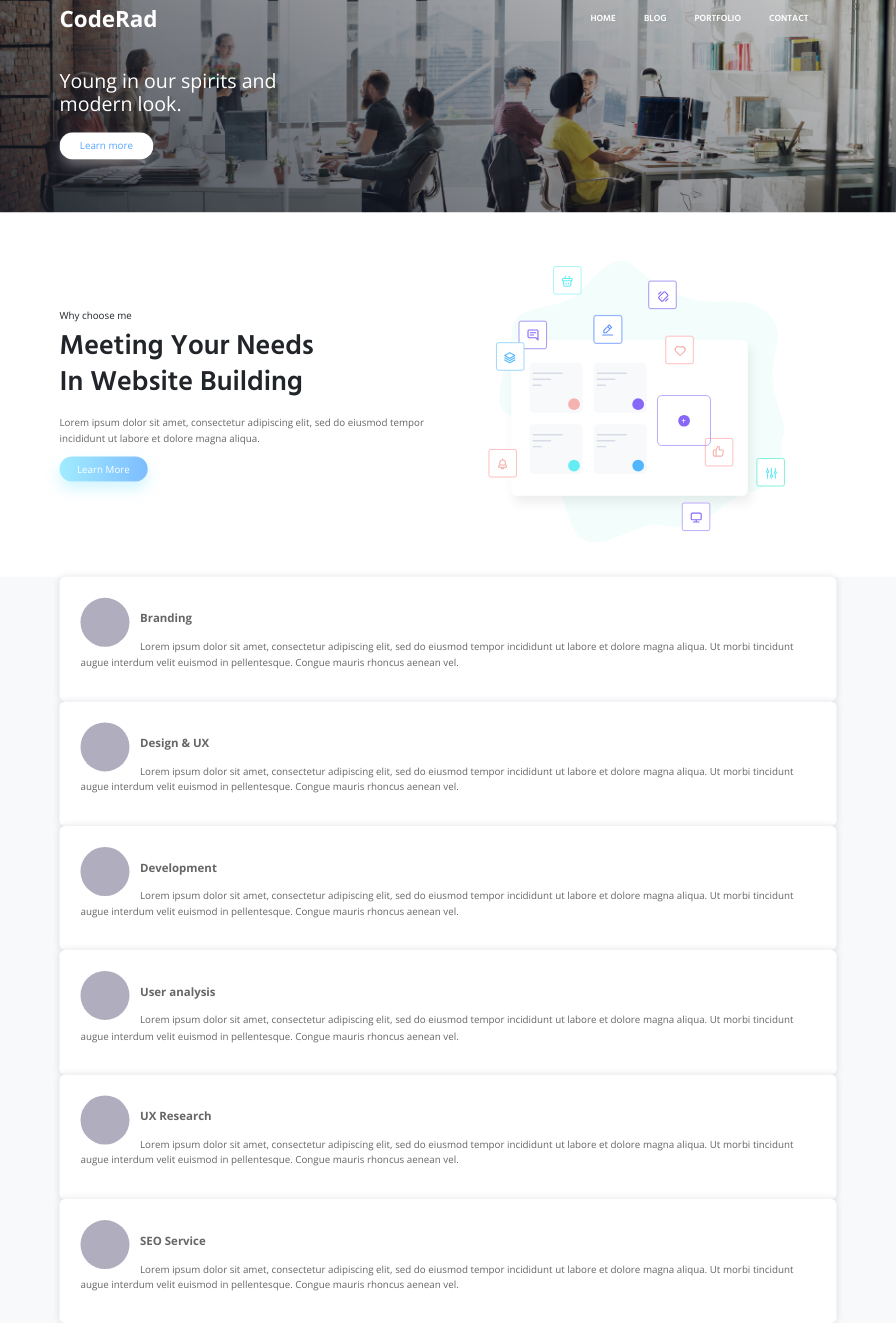
Repository: Sc-Juju/CodeRad
Page: index.html
An editor plug-in stored every save of this project. The page is shown before and after the next save, followed by the edit.
The browser window is 1280 px wide. The pictures show the whole page, at 70% of full size.

Above is the page before, as saved 2022-11-10 11:05:30.

### index.html
<!DOCTYPE html>
<html>
	<head>
		<meta charset="utf-8" />
		<meta http-equiv="X-UA-Compatible" content="IE=edge" />
		<title>CodeRad</title>
		<meta name="description" content="" />
		<meta name="viewport" content="width=device-width, initial-scale=1" />

		<link
			href="https://fonts.googleapis.com/css2?family=Open+Sans:wght@300;400;600;700&display=swap"
			rel="stylesheet"
		/>
		<link
			href="https://fonts.googleapis.com/css2?family=Hind:wght@300;400;500;600;700&display=swap"
			rel="stylesheet"
		/>

		<link rel="stylesheet" href="./css/default.css" />
		<link rel="stylesheet" href="./css/styles.css" />
		<link rel="stylesheet" href="./css/responsive.css" />
	</head>
	<body>
		<nav class="navbar nav">
			<div class="container">
				<button
					class="navbar-toggler"
					aria-expanded="false"
					aria-controls="navbarDropdown"
				>
					<span>&#9776;</span>
				</button>
				<a class="navbar-brand" href="index.html">CodeRad</a>
				<ul class="navbar-nav">
					<li class="nav-link">
						<a href="#">Home</a>
					</li>

					<li class="nav-link">
						<a href="#">Blog</a>
					</li>
					<li class="nav-link">
						<a href="#">Portfolio</a>
					</li>
					<li class="nav-link">
						<a href="#">Contact</a>
					</li>
				</ul>
			</div>
		</nav>

		<header class="bg-header">
			<div class="container">
				<div class="hero-wrapper">
					<h2 class="hero-header">
						Young in our spirits and <br />
						modern look.
					</h2>
					<a class="btn btn-white" href="#">Learn more</a>
				</div>
			</div>
		</header>
		<!--Why me-->
		<section>
			<div class="container why-me-wrapper">
				<div class="block-text">
					<span>Why choose me</span>
					<h2>
						Meeting Your Needs <br />
						In Website Building
					</h2>
					<p>
						Lorem ipsum dolor sit amet, consectetur adipiscing elit,
						sed do eiusmod tempor incididunt ut labore et dolore
						magna aliqua.
					</p>
					<a href="" class="btn btn-primary">Learn More</a>
				</div>
				<div>
					<img src="./CodeRad-assets/image2.svg" alt="Icon Chart" />
				</div>
			</div>
		</section>
		<!--Services-->
		<section class="bg-contrast">
			<div class="container">
				<div class="service-card">
					<span class="bg-color-1"></span>
					<div>
						<h3>Branding</h3>
						<p>
							Lorem ipsum dolor sit amet, consectetur adipiscing
							elit, sed do eiusmod tempor incididunt ut labore et
							dolore magna aliqua. Ut morbi tincidunt augue
							interdum velit euismod in pellentesque. Congue
							mauris rhoncus aenean vel.
						</p>
					</div>
				</div>
				<div class="service-card">
					<span class="bg-color-2"></span>
					<div>
						<h3>Design & UX</h3>
						<p>
							Lorem ipsum dolor sit amet, consectetur adipiscing
							elit, sed do eiusmod tempor incididunt ut labore et
							dolore magna aliqua. Ut morbi tincidunt augue
							interdum velit euismod in pellentesque. Congue
							mauris rhoncus aenean vel.
						</p>
					</div>
				</div>
				<div class="service-card">
					<span class="bg-color-3"></span>
					<div>
						<h3>Development</h3>
						<p>
							Lorem ipsum dolor sit amet, consectetur adipiscing
							elit, sed do eiusmod tempor incididunt ut labore et
							dolore magna aliqua. Ut morbi tincidunt augue
							interdum velit euismod in pellentesque. Congue
							mauris rhoncus aenean vel.
						</p>
					</div>
				</div>
				<div class="service-card">
					<span class="bg-color-4"></span>
					<div>
						<h3>User analysis</h3>
						<p>
							Lorem ipsum dolor sit amet, consectetur adipiscing
							elit, sed do eiusmod tempor incididunt ut labore et
							dolore magna aliqua. Ut morbi tincidunt augue
							interdum velit euismod in pellentesque. Congue
							mauris rhoncus aenean vel.
						</p>
					</div>
				</div>
				<div class="service-card">
					<span class="bg-color-5"></span>
					<div>
						<h3>UX Research</h3>
						<p>
							Lorem ipsum dolor sit amet, consectetur adipiscing
							elit, sed do eiusmod tempor incididunt ut labore et
							dolore magna aliqua. Ut morbi tincidunt augue
							interdum velit euismod in pellentesque. Congue
							mauris rhoncus aenean vel.
						</p>
					</div>
				</div>
				<div class="service-card">
					<span class="bg-color-6"></span>
					<div>
						<h3>SEO Service</h3>
						<p>
							Lorem ipsum dolor sit amet, consectetur adipiscing
							elit, sed do eiusmod tempor incididunt ut labore et
							dolore magna aliqua. Ut morbi tincidunt augue
							interdum velit euismod in pellentesque. Congue
							mauris rhoncus aenean vel.
						</p>
					</div>
				</div>
			</div>
		</section>
	</body>
</html>

### css/default.css
:root{
    --white:#fff;
    --black: #000;
    --font-color-base:#666;
    --font-color-dark:#212529;
    --font-color-light:#b0aebe;
    --font-color-link:#57a6ff;
    --footer:#34314b;
    --footer-base:2e2b45;
    --contrast:rgba(246, 248, 249, 0.8);
    --success: #64ecf5;
    --danger:#ff8b8d;
    --grad-1:#a1ecff;
    --grad-2:#7dbcff;


    --size-10:0.625rem;
    --size-14:0.875rem;
    --size-16:1rem;
    --size-18:1.125rem;
    --size-20:1.25rem;
    --size-30:1.875rem;
    --size-40:2.5rem;
    --size-50:3.125rem;
    --size-100:6.25rem;
    --size-150:9.375rem;
}
body{
    font-family:"Open Sans", sans-serif;
    font-weight: 400;
    font-size:0.875rem;
    line-height: 1.6;
    letter-spacing: 0;
    color: var(--font-color-base);
    margin:0;
    padding:0;
}
*,
::after,
::before{
    box-sizing: border-box;
}
ul{
    padding:0;
    margin:0;
    list-style: none;
}
a {text-decoration: none;}
p {margin-top:0;}
h2{
    font-size:1.75rem;
    font-weight:500;
    line-height:1.2;
}
img {
    width:100%;
    max-width:100%;
    vertical-align:middle;
    border-style: none;
}
.container{
    width: 100%;
    padding-left:15px;
    padding-right:15px;
    margin-right:auto;
    margin-left:auto;
}

.btn{
    display: inline-block;
    font-weight: 400;
    color: var(--font-color-dark);
    text-align: center;
    cursor: pointer;
    user-select: none;
    background-color: transparent;
    border: 1px solid transparent;
    padding: .375rem .75rem;
    border-radius:1.25rem;
    transition: ease-in-out .3s;
}
.btn-primary{
    background-image: linear-gradient(90deg, var(--grad-1)0%, var(--grad-2)100%);
    border: 1px var(--grad-1);
    box-shadow: 0 10px 20px rgba(161, 236, 255, .5);
    transition: ease-in-out .3s;
    color: var(--white);
    padding: .4375rem 1.5625rem;
}

.btn-white{
    background-color: var(--white);
    color: var(--font-color-link);
    box-shadow: 0px 10px 20px rgba(255, 255, 255, .35);
    padding: .475rem 1.75rem;
}

@media (min-width:1200px){
    .container{ max-width: 1140px; }
}

### css/styles.css
.navbar{
    position: fixed;
    top: 0;
    right: 0;
    left: 0;
    z-index: 200;
    transition: ease-in-out .3s;
}
[aria-controls="navbarDropdown"]{
    display:none;
}
.navbar-nav{
    display: flex;
    align-items: center;
}
.navbar .container{
    display: flex;
    align-items: center;
}
.navbar-brand{
    margin-right:auto;
    font-size: 2rem;
    font-weight: 700;
    width: 100%;
    transition: ease-in-out .3s;
    color: var(--white);

}
.bg-header{
    background-image: url(../CodeRad-assets/bg-header-1.jpg);
    background-color: var(--footer);
    background-repeat: no-repeat;
    background-size: cover;
    background-position:50% 20%;
    position: relative;
    z-index: 1;
    padding: 4.6875rem 0;
}
.bg-header::before{
    background-image: linear-gradient(30deg,
    rgba(21,27,38, .8)0%,
    rgba(0,0,0,.2)100%);
    position: absolute;
    content:"";
    top: 0;
    left: 0;
    right: 0;
    bottom: 0;
    width: 100%;
    height: 100%;
    z-index: -1;
}
.nav-link a{
    color: var(--white);
    font-size: .8125rem;
    font-weight: 600;
    font-family: "Hind", sans-serif;
    text-transform: uppercase;
    margin-right: 2.5rem;
    line-height: 1.25rem;
}
.hero-header{
    color: var(--white);
}
.why-me-wrapper{
    display: flex;
    align-items: center;
}
.why-me-wrapper div{
    flex: 1;
}
.block-text{
    padding-right: var(--size-50);
}
.block-text span{
    color: var(--font-color-dark);
    font-weight: 300;
}
.block-text h2{
    font-size: var(--size-40);
    font-family: "Hind", sans-serif;
    font-weight: 600;
    color: var(--font-color-dark);
    margin-bottom: var(--size-20);
    line-height: 1.3;
    margin-top: 0.5rem;
}
.bg-contrast{
    background-color: var(--contrast);
}
.service-card{
    padding: var(--size-30);
    box-shadow: 0 0 10px rgba(48, 63, 100, .15);
    background: white;
    border-radius: 8px;
}
.service-card span{
    width:4.375rem;
    height: 4.375rem;
    background: green;
    display: block;
    float: left;
    margin-right: 15px;
    border-radius: 50%;
    background: var(--font-color-light);
}
.bg-color-1 {background-image: linear-gradient(90deg, #9ccdf3 0%, #94aafd 100%);}
.bg-color-2 {background-image: linear-gradient(90deg, #55edc0 0%, #4bdbdb 100%);}
.bg-color-3 {background-image: linear-gradient(90deg, #fda498 0%, #f58b9e 100%);}
.bg-color-4 {background-image: linear-gradient(90deg, #f2a7ca 0%, #c289f4 100%);}
.bg-color-5 {background-image: linear-gradient(90deg, #ffc187 0%, #fe93a7 100%);}
.bg-color-6 {background-image: linear-gradient(90deg, #a1ecff 0%, #7dbcff 100%);}

Loaded but not shown: css/responsive.css (no copy from this time; the picture is the same without it)

After the next save:
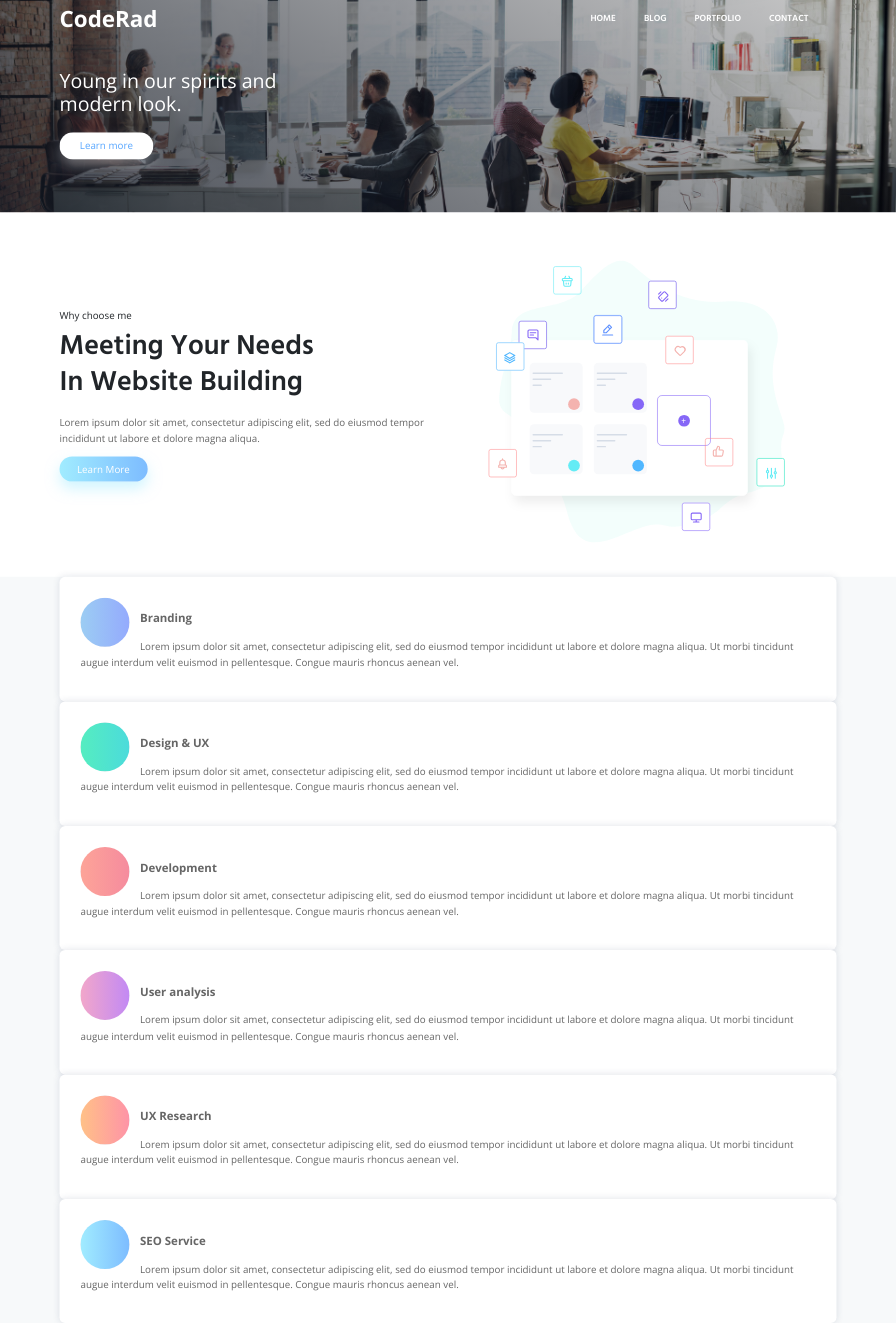
Saved 2 min 14 s later.
--- a/css/styles.css
+++ b/css/styles.css
@@ -104,9 +104,9 @@
     border-radius: 50%;
     background: var(--font-color-light);
 }
-.bg-color-1 {background-image: linear-gradient(90deg, #9ccdf3 0%, #94aafd 100%);}
-.bg-color-2 {background-image: linear-gradient(90deg, #55edc0 0%, #4bdbdb 100%);}
-.bg-color-3 {background-image: linear-gradient(90deg, #fda498 0%, #f58b9e 100%);}
-.bg-color-4 {background-image: linear-gradient(90deg, #f2a7ca 0%, #c289f4 100%);}
-.bg-color-5 {background-image: linear-gradient(90deg, #ffc187 0%, #fe93a7 100%);}
-.bg-color-6 {background-image: linear-gradient(90deg, #a1ecff 0%, #7dbcff 100%);}
+span.bg-color-1 {background-image: linear-gradient(90deg, #9ccdf3 0%, #94aafd 100%);}
+span.bg-color-2 {background-image: linear-gradient(90deg, #55edc0 0%, #4bdbdb 100%);}
+span.bg-color-3 {background-image: linear-gradient(90deg, #fda498 0%, #f58b9e 100%);}
+span.bg-color-4 {background-image: linear-gradient(90deg, #f2a7ca 0%, #c289f4 100%);}
+span.bg-color-5 {background-image: linear-gradient(90deg, #ffc187 0%, #fe93a7 100%);}
+span.bg-color-6 {background-image: linear-gradient(90deg, #a1ecff 0%, #7dbcff 100%);}
